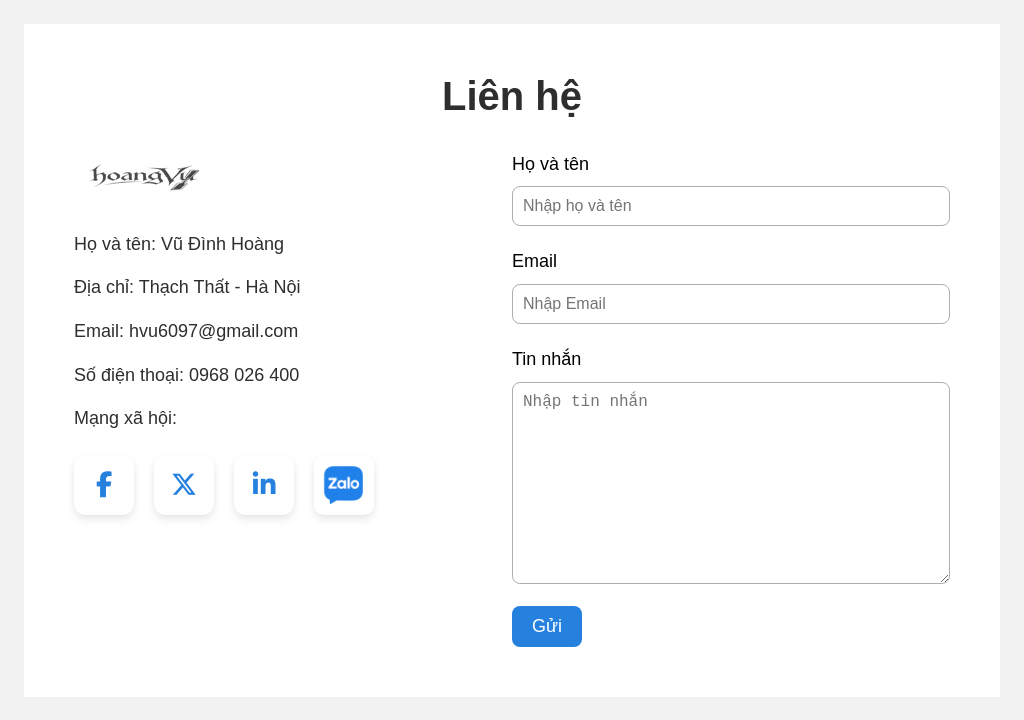
Repository: hoang28092000/portfolio
Page: pages/contact.html
The author's editor kept a copy of each file at every save. The page is drawn from the files as they stood at one save, then again after the next save.
The browser window is 1024 px wide. The pictures show the whole page.

Above is the page before, as saved 2025-04-12 01:01:07.

### pages/contact.html
<!DOCTYPE html>
<html lang="en">
  <head>
    <meta charset="UTF-8" />
    <meta name="viewport" content="width=device-width, initial-scale=1.0" />
    <link
      rel="stylesheet"
      href="https://cdnjs.cloudflare.com/ajax/libs/font-awesome/6.7.2/css/all.min.css"
      integrity="sha512-Evv84Mr4kqVGRNSgIGL/F/aIDqQb7xQ2vcrdIwxfjThSH8CSR7PBEakCr51Ck+w+/U6swU2Im1vVX0SVk9ABhg=="
      crossorigin="anonymous"
      referrerpolicy="no-referrer"
    />
    <link rel="stylesheet" href="../css/pages.css" />
    <link rel="stylesheet" href="../css/responsive-pages.css" />
    <title>Liên hệ</title>
  </head>
  <body>
    <main id="main-contact">
      <div class="container">
       <div class="contact">
        <h2 class="title-heading title-contact">Liên hệ</h2>
        <div class="content-contact">
          <div class="contact-left">
            <div class="logo-contact">
              <img
                src="../asset/image/hoangVu_logo.png"
                alt="logo"
                class="img-logo-contact"
              />
            </div>
            <div class="info-contact">
              <p class="txt-contact">Họ và tên: Vũ Đình Hoàng</p>
              <p class="txt-contact">Địa chỉ: Thạch Thất - Hà Nội</p>
              <p class="txt-contact">Email: hvu6097@gmail.com</p>
              <p class="txt-contact">Số điện thoại: 0968 026 400</p>
            </div>
            <p class="txt-contact">Mạng xã hội:</p>
            <div class="social-contact">
              <a
                href="https://www.facebook.com/profile.php?id=100008725181742"
                target="_blank"
                ><i class="fa-brands fa-facebook-f icon-contact"></i
              ></a>
              <a href="https://x.com/kinsman2809" target="_blank"
                ><i class="fa-brands fa-x-twitter icon-contact"></i
              ></a>
              <a
                href="https://www.linkedin.com/in/ho%C3%A0ng-v%C5%A9-0b4891179/"
                target="_blank"
                ><i class="fa-brands fa-linkedin-in icon-contact"></i
              ></a>
              <a href="https://zalo.me/0968026400" target="_blank">
                <img src="../asset/image/icon-zalo.png" alt="zalo" class="img-social">
              </a>
            </div>
          </div>
          <div class="contact-right">
            <form action="" class="form-contact">
              <div class="input-contact">
                <label for="name" class="label-contact">Họ và tên</label>
                <input type="text" id="name" placeholder="Nhập họ và tên" class="input-field" required />
              </div>
              <div class="input-contact">
                <label for="email" class="label-contact">Email</label>
                <input type="email" id="email" placeholder="Nhập Email" class="input-field" required />
              </div>
              <div class="input-contact">
                <label for="message" class="label-contact">Tin nhắn</label>
                <textarea
                  name="message"
                  id="message" placeholder="Nhập tin nhắn"
                  cols="30"
                  rows="10"
                  class="input-field"
                  required
                ></textarea>
              </div>
              <button type="submit" class="btn-submit">Gửi</button>
            </form>
          </div>
        </div>
       </div>
      </div>
    </main>
  </body>
</html>

### css/pages.css
* {
  padding: 0;
  margin: 0;
  box-sizing: border-box;
}
html {
  font-family: Poppins, sans-serif;
  font-size: 62.5%;
}

.container {
  width: 1170px;
  max-width: calc(100% - 48px);
  margin: 0 auto;
}

/* main */

#about,
#skills {
  background-color: #f2f2f2;
}
.top-content-about {
  padding: 60px 0;
  display: flex;
  justify-content: space-between;
  align-items: center;
}
.about-left {
  width: 40%;
}
.img-about {
  width: 100%;
  border: 6px solid #7a7575;
  border-radius: 50%;
}
.about-right {
  max-width: 702px;
  height: 362px;
  margin-left: 120px;
  padding-right: 60px;
}
.title-heading {
  font-size: 6rem;
  color: #2e2e2e;
  font-weight: 700;
  margin-bottom: 30px;
}
.about-right .desc-about {
  font-size: 1.6rem;
  color: #6b6565;
  font-weight: 500;
  line-height: 1.76;
  margin-top: 20px;
  text-align: justify;
}
.content-main {
  display: grid;
  grid-template-columns: 1fr 1fr;
  gap: 80px;
  padding-top: 70px;
}
.paragraph {
  margin-bottom: 20px;
}
.heading-main {
  font-size: 2rem;
  color: #2e2e2e;
  margin-bottom: 10px;
  line-height: 1.66;
}
.desc-content-main {
  font-size: 1.6rem;
  color: #2e2e2e;
  font-weight: 300;
  line-height: 1.76;
  text-align: justify;
}
.list-img-about {
  display: flex;
  justify-content: center;
  align-items: center;
  margin-top: 30px;
  gap: 20px;
  padding-bottom: 30px;
}
.list-img-about img {
  width: 200px;
  height: 200px;
  border-radius: 10px;
  border: 1px solid #2e2e2e;
  transition: all 0.3s ease-in-out;
}
.list-img-about img:hover {
  transform: scale(1.1);
  border: 2px solid #fff;
}

/* skills */
.title-skills {
  padding-top: 60px;
  text-align: center;
}
#skills ul {
    padding-left: 18px;
}

.my-project{
    margin-top: 70px;
}
.list-project{
    display: grid;
    grid-template-columns: repeat(auto-fit, minmax(300px, 1fr));
    gap: 30px;
    margin-top: 60px;
}
.list-project a{
    text-decoration: none;
    color: #2e2e2e;
}
.card-project{
    position: relative;
    background-color: #fff;
    border-radius: 10px;
    box-shadow: 0 4px 8px rgba(0, 0, 0, 0.1);
    overflow: hidden;
    transition: all 0.3s ease-in-out;
    cursor: pointer;
}
.card-project:hover{
    transform: scale(1.05);
    box-shadow: 0 8px 16px rgba(0, 0, 0, 0.2);
}
.card-project::after {
    display: flex;
    justify-content: center;
    align-items: center;
    font-weight: 600;
    color: #fff;
    content: 'Xem Thêm Demo';
    font-size: 3rem;
    position: absolute;
    top: 0; left: 0;
    width: 100%; height: 100%;
    background: #16161633; /* màu đen mờ */
    opacity: 0;
    transition: opacity 0.3s ease;
    pointer-events: none; /* để không cản trở click hay hover */
    z-index: 1;
  }
  .card-project:hover::after {
    opacity: 1;
  }

.card-project img{
    width: 100%;
    height: 200px;
    object-fit: cover;
}

.info-card{
    padding: 30px 20px 20px;
    text-align: center;

}
.heading-card{
    font-size: 2rem;
    color: #2e2e2e;
    margin-bottom: 10px;
}
.desc-card{
    font-size: 1.6rem;
    color: #2e2e2e;
    font-weight: 300;
    line-height: 1.76;
}
.desc-card span {
    font-weight: bold;
}

#main-contact{
    padding: 60px 0;
    background-color: #f2f2f2;
}
#main-contact .title-contact{
    font-size: 4rem;
    text-align: center;
    margin-bottom: 30px;
}

/* contact */
#main-contact{
    display: flex;
    justify-content: center;
    align-items: center;
    width: 100%;
    height: 100vh;
    overflow: hidden;
}
.contact{
    background-color: #fff;
    padding: 50px;
}
.contact .content-contact{
    display: flex;
    justify-content: space-between;
}

.contact-left {
    width: 50%;
}
.logo-contact{
    display: flex;
    align-items: center;
    margin-bottom: 20px;
}
.img-logo-contact{
    width: 140px;
    height: 60px;
    padding: 10px;

}

.img-social{
    width: 60px;
    height: 60px;
    border-radius: 10px;
    box-shadow: 0 4px 8px rgba(0, 0, 0, 0.1);

}
.img-social:hover,
.icon-contact:hover{
    transform: scale(1.1);
    box-shadow: 0 8px 16px rgba(0, 0, 0, 0.2);
}
.social-contact{
    display: flex;
    align-items: center;
    height: 60px;
    gap: 20px;
    margin-top: 20px;
}
.social-contact a{
    width: 60px;
    height: 60px;
    display: block;
    text-decoration: none;
    color: #2e2e2e;
}
.contact-right {
    width: 50%;
}
.icon-contact{
    width: 60px;
    height: 60px;
    display: flex;
    justify-content: center;
    align-items: center;
    font-size: 2.6rem;
    box-shadow: 0 4px 8px rgba(0, 0, 0, 0.1);
    border-radius: 12px;
    color: #2680de;
}

.txt-contact{
    font-size: 1.8rem;
    color: #2e2e2e;
    margin-bottom: 12px;
    line-height: 1.76;
}
.input-contact{
    margin-bottom: 20px;
}

.label-contact{
    display: block;
    font-size: 1.8rem;
    color: #000000;
    line-height: 1.76;
    font-weight: 500;
    margin-bottom: 6px;
}
.input-contact input{
    width: 100%;
    padding: 10px;
    border-radius: 8px;
    border: 1px solid #afacac;
    font-size: 1.6rem;
    color: #2e2e2e;
    outline: none;
}
.input-contact textarea{
    width: 100%;
    padding: 10px;
    border-radius: 8px;
    border: 1px solid #afacac;
    font-size: 1.6rem;
    color: #2e2e2e;
    outline: none;
}

.btn-submit{
    background-color: #2680de;
    color: #fff;
    padding: 10px 20px;
    border-radius: 8px;
    border: none;
    font-size: 1.8rem;
    cursor: pointer;
    transition: all 0.3s ease-in-out;
}
.btn-submit:hover{
    background-color: #1a5bb8;
}

### css/responsive-pages.css
/* bout-me */
@media (min-width: 1024.02px) and (max-width: 1169.98px) {
  .top-content-about {
    display: flex;
    flex-direction: column;
    align-items: center;
    padding-bottom: 40px;
  }
  .list-img-about {
    display: flex;
    flex-wrap: wrap;
    justify-content: center;
    align-items: start;
    gap: 30px;
  }
  .list-img-about img {
    max-width: 200px;
    display: block;
    border: 1px solid #2e2e2e;
  }
  .about-left {
    width: 60%;
    margin-bottom: 30px;
  }
  .about-right {
    width: 100%;
    margin-left: 0;
    padding-right: 0;
  }
  .title-heading {
    font-size: 6rem;
    text-align: center;
    margin-bottom: 16px;
  }
  .about-right .desc-about {
    font-size: 1.8rem;
    margin-bottom: 20px;
  }

  /* contact */
  .contact .content-contact {
    display: grid;
    grid-template-columns: 1fr 1fr;
    gap: 80px;
    padding-top: 70px;

  }
}
@media (max-width: 1024px) {
  .list-img-about {
    display: grid;
    grid-template-columns: 1fr 1fr 1fr;
    gap: 20px;
    flex-wrap: wrap;
    padding-bottom: 30px;
    align-items: start;
  }
  .about-left {
    width: 40%;
  }
  .about-right {
    width: 60%;
  }
  .img-about {
    width: 100%;
    height: auto;
    border-radius: 50%;
    border: 1px solid #2e2e2e;
  }
  .list-img-about img {
    display: block;
    width: 100%;
    height: auto;
    border: 1px solid #2e2e2e;
  }
  .contact .content-contact{

  }
}
@media (min-width: 768px) and (max-width: 1023.98px) {
  .about-right {
    width: 60%;
    height: auto;
  }
}
@media (max-width: 768px) {
  .top-content-about {
    display: flex;
    flex-direction: column;
    align-items: center;
    padding-bottom: 40px;
  }
  .about-left {
    margin-bottom: 30px;
  }
  .paragraph {
    text-align: justify;
  }
  .about-right {
    width: 100%;
    margin-left: 0;
    padding-right: 0;
  }
  .title-heading {
    font-size: 5rem;
    text-align: center;
    margin-bottom: 16px;
  }
  .about-right .desc-about {
    font-size: 1.6rem;
    margin-bottom: 20px;
    text-align: justify;
  }

  .list-img-about {
    display: grid;
    grid-template-columns: 1fr 1fr;
  }
  .list-img-about img {
    width: 100%;
    height: auto;
    border: 1px solid #2e2e2e;
  }
}
@media (max-width: 480px) {
  .top-content-about {
    display: flex;
    flex-direction: column;
    align-items: center;
    padding-bottom: 40px;
  }
  .about-left {
    width: 60%;
    margin-bottom: 30px;
  }
  .list-img-about {
    display: grid;
    grid-template-columns: 1fr 1fr;
    gap: 10px;
    padding-bottom: 0;
  }
  .about-right {
    width: 100%;
    margin-left: 0;
    padding-right: 0;
  }
  .title-heading {
    font-size: 4rem;
    text-align: center;
    margin-bottom: 16px;
  }
  .about-right .desc-about {
    font-size: 1.6rem;
    margin-bottom: 20px;
  }
  .content-main {
    grid-template-columns: 1fr;
  }
  .paragraph {
    margin-bottom: 14px;
  }
  .paragraph .heading-main {
    font-size: 1.8rem;
    margin-bottom: 10px;
  }
  .list-img-about img {
    width: 100%;
    height: auto;
    border: 1px solid #2e2e2e;
  }
}

After the next save:
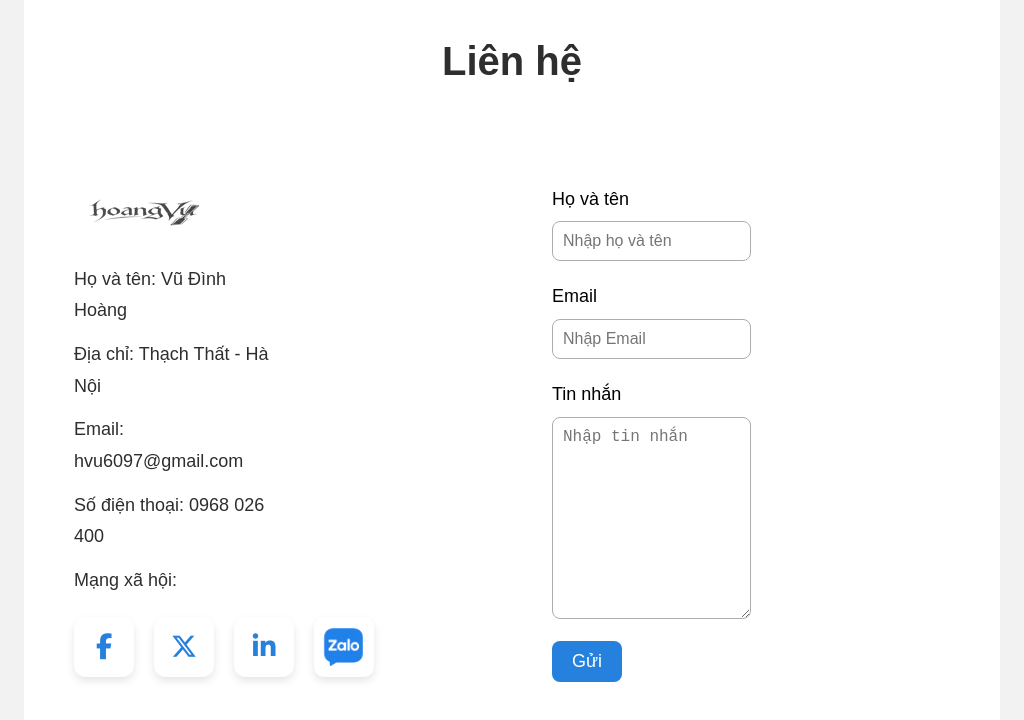
Saved 21 s later.
--- a/css/responsive-pages.css
+++ b/css/responsive-pages.css
@@ -74,7 +74,10 @@
     border: 1px solid #2e2e2e;
   }
   .contact .content-contact{
-
+    display: grid;
+    grid-template-columns: 1fr 1fr;
+    gap: 80px;
+    padding-top: 70px;
   }
 }
 @media (min-width: 768px) and (max-width: 1023.98px) {

After the save that followed:
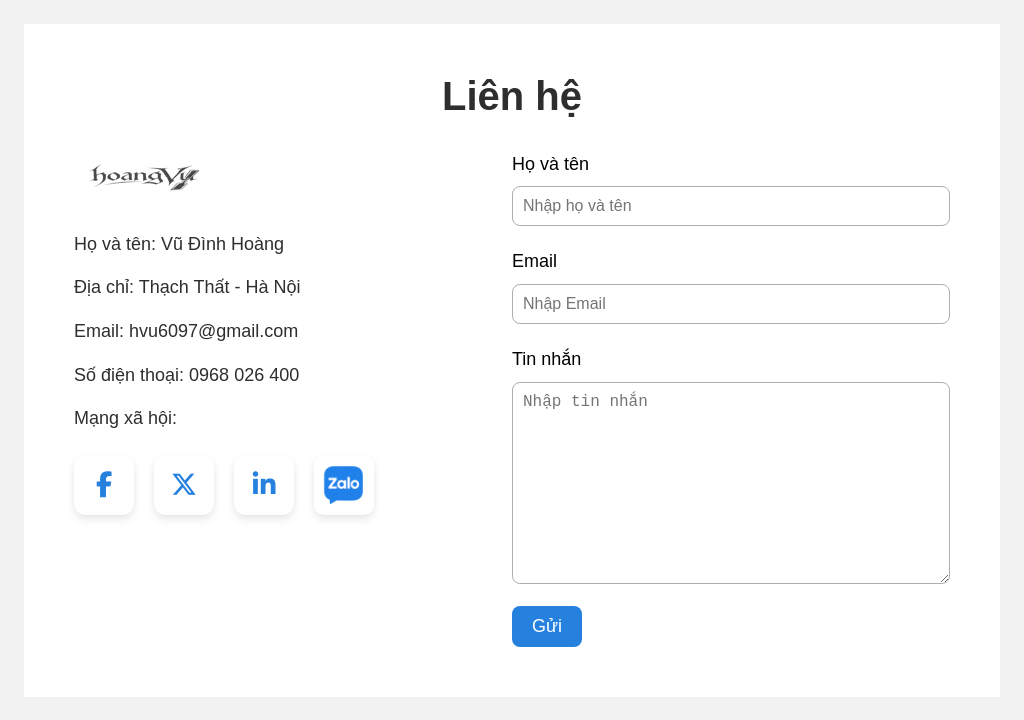
Saved 21 s later.
--- a/css/responsive-pages.css
+++ b/css/responsive-pages.css
@@ -73,12 +73,7 @@
     height: auto;
     border: 1px solid #2e2e2e;
   }
-  .contact .content-contact{
-    display: grid;
-    grid-template-columns: 1fr 1fr;
-    gap: 80px;
-    padding-top: 70px;
-  }
+
 }
 @media (min-width: 768px) and (max-width: 1023.98px) {
   .about-right {
